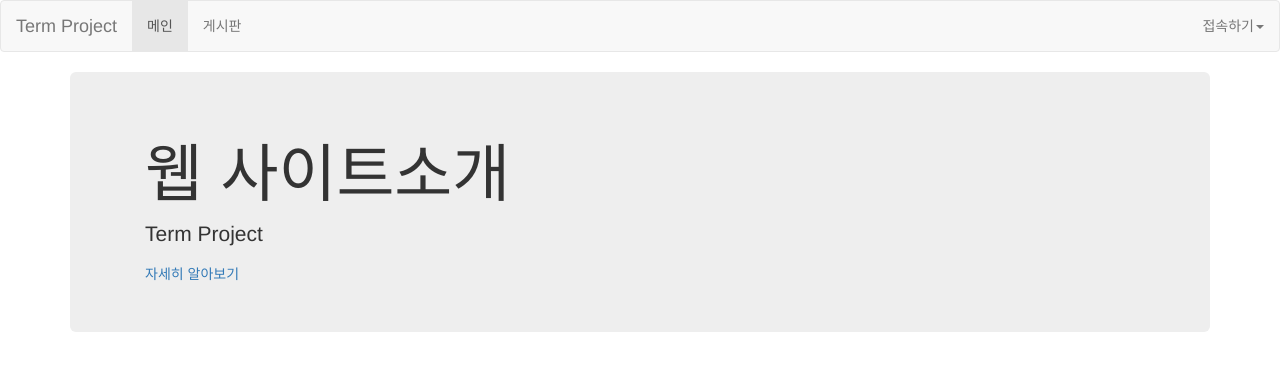
Repository: subsub97/web_bulletin-board
Page: http://localhost/BBS/main.jsp
These files come from the project's save history. The page is drawn as it stood at one moment and after a run of saves; the edit follows.
The browser window is 1280 px wide. The pictures show the whole page.
Some web libraries are served in a nearby version. The page is served by Tomcat 9. Other server files are loaded and not shown.

Above is the page before, as saved 2023-06-02 09:08:01.

### Projects/BBS/src/main/webapp/main.jsp
<%@ page language="java" contentType="text/html; charset=UTF-8" pageEncoding="UTF-8"%>
<%@ page import= "java.io.PrintWriter"  %>
<!DOCTYPE html>
<html>
<head>
<meta charset="UTF-8">
<meta name="viewport" content="width=device-width, initial-scale=1">

<link rel="stylesheet" href="css/bootstrap.css">

<title>Term Project</title>
</head>
<body>
	<%
		String userID = null;
		if (session.getAttribute("userID") != null){
			userID = (String) session.getAttribute("userID"); //로그인중인데 세션이 없는경우 받아온다.

		}
	%>
	<nav class="navbar navbar-default">
		<div class="navbar-header">
			<button type="button" class="navbar-toggle collapsed"
				data-toggle="collapse" data-target="#bs-example-navbar-collapse-1"
				aria-expanded="false">
				<span class="icon-bar"></span>
				<span class="icon-bar"></span>
				<span class="icon-bar"></span>
			</button>
			<a class="navbar-brand" href="main.jsp">Term Project</a>
		</div>
		<div class="collapse navbar-collapse" id="bs-example-navbar-collapse-1">
			<ul class="nav navbar-nav">
				<li class="active"><a href="main.jsp">메인</a></li>
				<li><a href="bbs.jsp">게시판</a></li>
			</ul>
			<%
				if(userID == null){
			%>
		 	<!-- 로그인이 안되어있는경우  -->
			<ul class="nav navbar-nav navbar-right">
				<li class="dropdown">
					<a href="#" class="dropdown-toggle" data-toggle="dropdown" role="button" aria-haspopup="true"
						aria-expanded="false">접속하기<span class="caret"></span></a>
					<ul class="dropdown-menu">
						<li><a href="login.jsp">로그인</a></li>
						<li><a href="join.jsp">회원가입</a></li>
					</ul>
				</li>
			</ul>
			<%
				} else {
			%>
			<!-- 로그인이 되어있는경우 -->
			<ul class="nav navbar-nav navbar-right">
				<li class="dropdown">
					<a href="#" class="dropdown-toggle" data-toggle="dropdown" role="button" aria-haspopup="true"
						aria-expanded="false">회원관리<span class="caret"></span></a>
					<ul class="dropdown-menu">
						<li><a href="logoutAction.jsp">로그아웃</a></li>
					</ul>
				</li>
			</ul>
			<%
				}
			%>

		</div>
	</nav>
	<div class = "container">
		<div class ='jumbotron'>
			<div class = "container">
				<h1>웹 사이트소개</h1>
				<p>Term Project</p>
				<a class = "btn-btn-primary btn-pull" href = "#" role = "button">자세히 알아보기</a>
			</div>

		</div>
	</div>
		<script src="https://code.jquery.com/jquery-3.1.1.min.js"></script>
		<script src="js/bootstrap.js"></script>

</body>
</html>

Loaded but not shown: Projects/BBS/src/main/webapp/css/bootstrap.css (library); Projects/BBS/src/main/webapp/js/bootstrap.js (library)

After the next 2 saves:
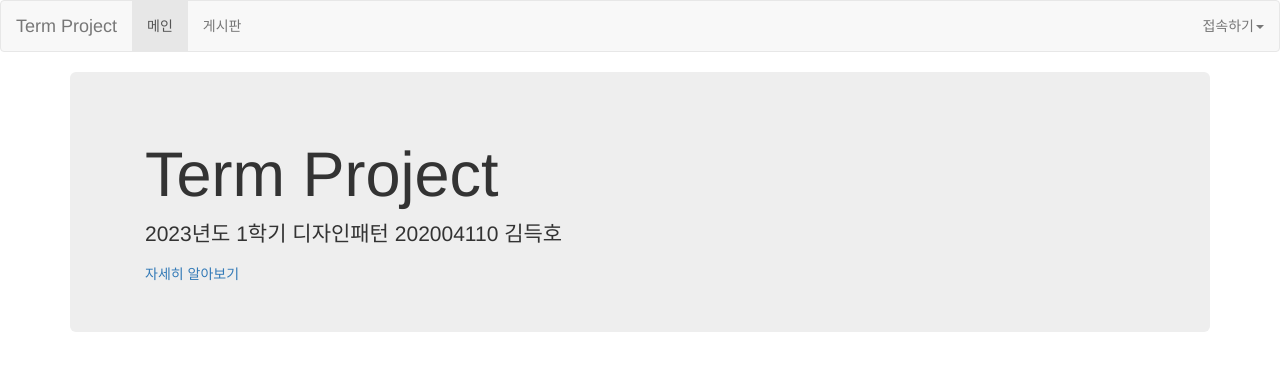
The 2 saves are shown as one change because they came seconds apart.
The last was saved 57 s later.
--- a/Projects/BBS/src/main/webapp/main.jsp
+++ b/Projects/BBS/src/main/webapp/main.jsp
@@ -70,8 +70,8 @@
 	<div class = "container">
 		<div class ='jumbotron'>
 			<div class = "container">
-				<h1>웹 사이트소개</h1>
-				<p>Term Project</p>
+				<h1>Term Project</h1>
+				<p>2023년도 1학기 디자인패턴 202004110 김득호</p>
 				<a class = "btn-btn-primary btn-pull" href = "#" role = "button">자세히 알아보기</a>
 			</div>
 
